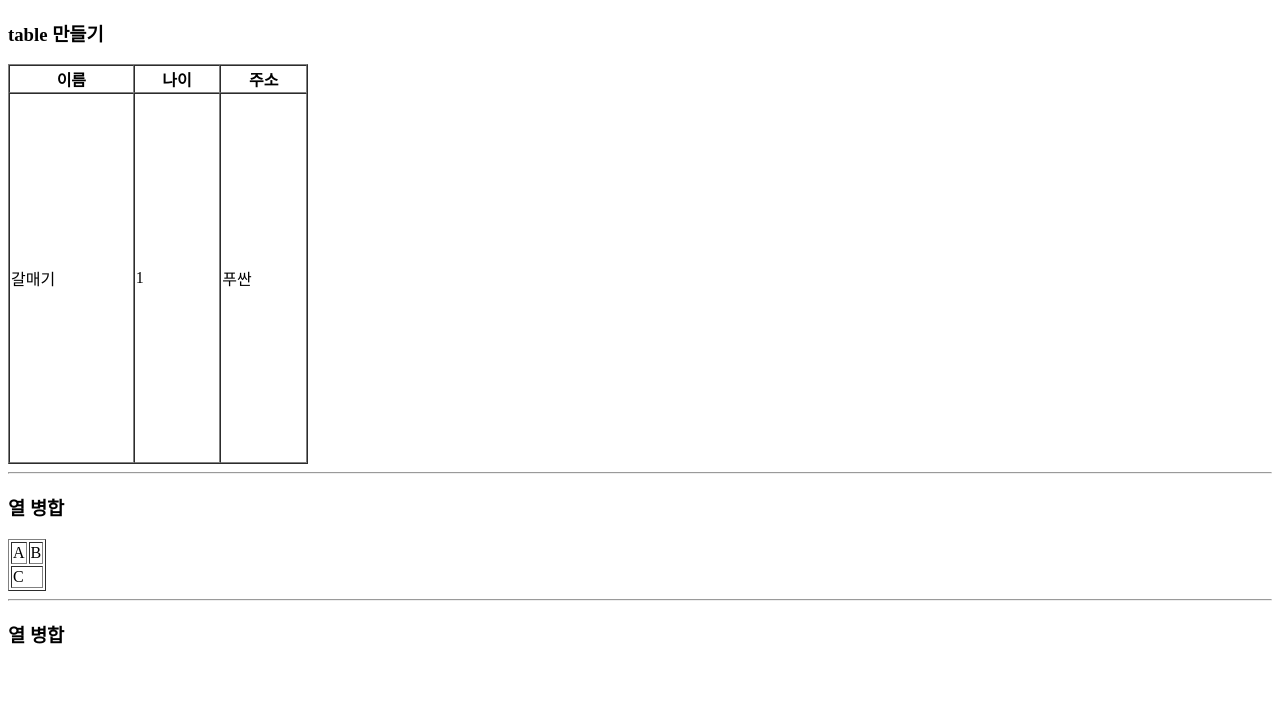
Repository: JeongHyeongKim/practice_myself
Page: Si_basic/WebProject/setp01_HTMLCS/WebContent/HTML/ex03_tableTag.html
These files come from the project's save history. The page is drawn as it stood at one moment and after the next save; the edit follows.
The browser window is 1280 px wide. The pictures show the whole page.

Above is the page before, as saved 2019-04-22 04:32:19.

### Si_basic/WebProject/setp01_HTMLCS/WebContent/HTML/ex03_tableTag.html
<!DOCTYPE html>
<html>
	<head>
		<meta charset="UTF-8">
		<title>Table Tag</title>
	</head>
	<body>
		<h3>table 만들기</h3>
		<table border="1" height="400" width="300" cellspacing="0">
			<thead>
				<tr>
					<th>이름</th>
					<th>나이</th>
					<th>주소</th>
				</tr>
			</thead>
			<tbody>
				<tr>
					<td>갈매기</td>
					<td>1</td>
					<td>푸싼</td>
				</tr>
			</tbody>
		</table>


		<hr>
		<h3>열 병합</h3>
		<table border="1">
			<tbody>
				<tr>
					<td>A</td>
					<td>B</td>
				</tr>
				<tr>
					<td colspan="2">C</td>
					<!--<td>D</td>-->
				</tr>
			</tbody>
		</table>
		<hr>
		<h3>열 병합</h3>
	</body>
</html>

After the next save:
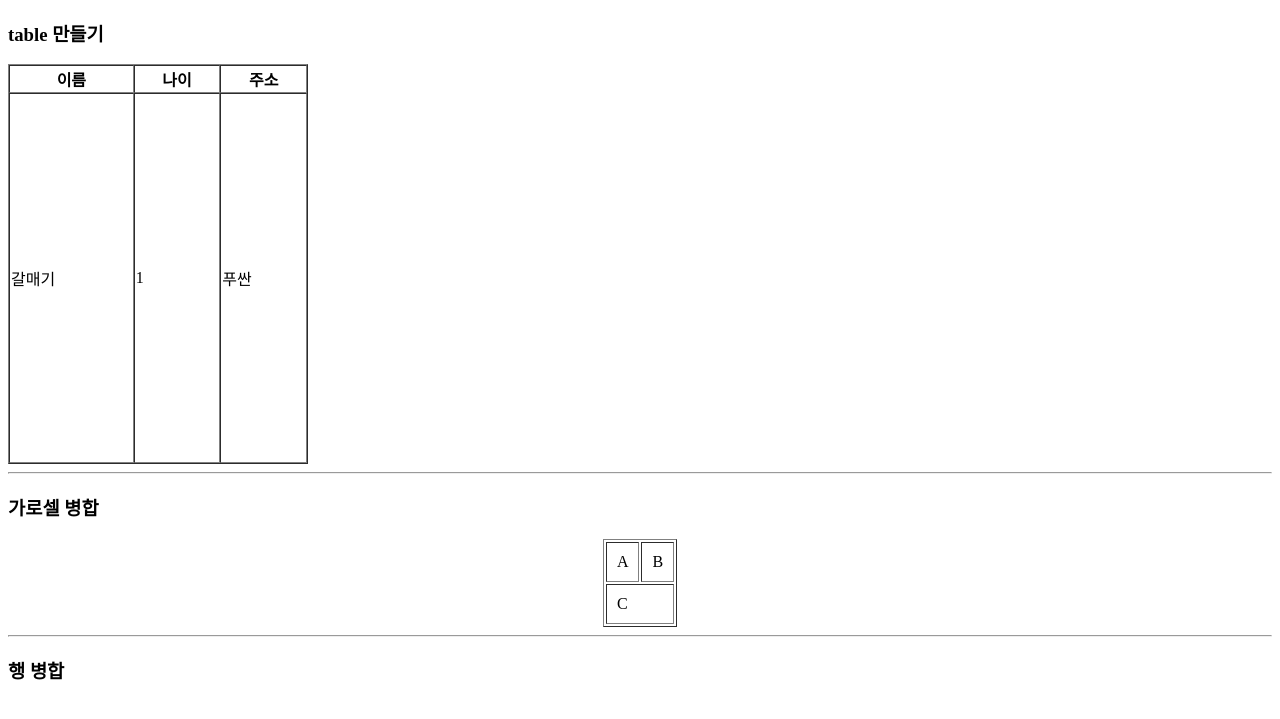
Saved 2 min 4 s later.
--- a/Si_basic/WebProject/setp01_HTMLCS/WebContent/HTML/ex03_tableTag.html
+++ b/Si_basic/WebProject/setp01_HTMLCS/WebContent/HTML/ex03_tableTag.html
@@ -25,8 +25,8 @@
 
 
 		<hr>
-		<h3>열 병합</h3>
-		<table border="1">
+		<h3>가로셀 병합</h3>
+		<table border="1" cellpadding="10" align="center">
 			<tbody>
 				<tr>
 					<td>A</td>
@@ -39,6 +39,6 @@
 			</tbody>
 		</table>
 		<hr>
-		<h3>열 병합</h3>
+		<h3>행 병합</h3>
 	</body>
 </html>
